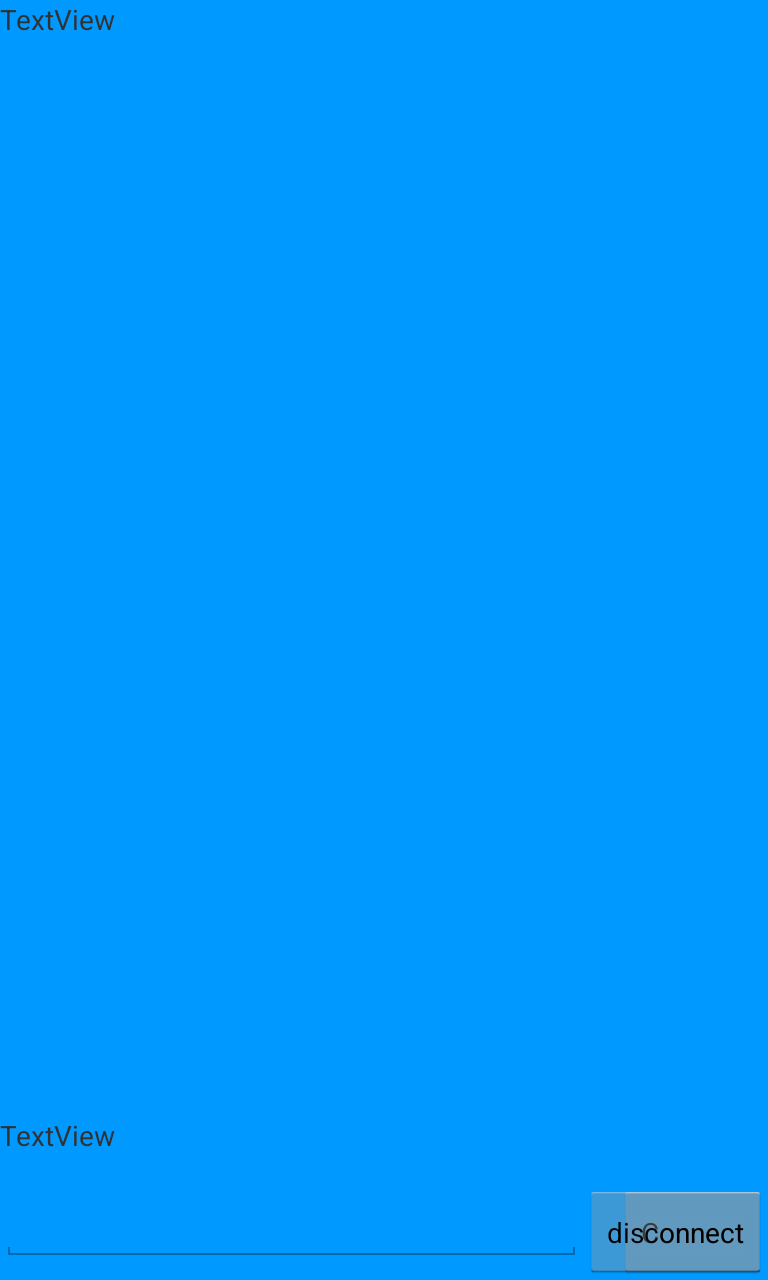
Repository: Clonedpirate/BtSshPwnPI
Layout: HackDroid/res/layout/terminal.xml
These files come from the project's save history. The layout is drawn as it stood at one moment and after the next save; the edit follows.
It is drawn on a 768 x 1280 px phone screen (xhdpi) without system bars, with theme AppTheme; the app's code is not run.

Above is the layout before, as saved 2014-06-19 10:19:46.

After the next save:
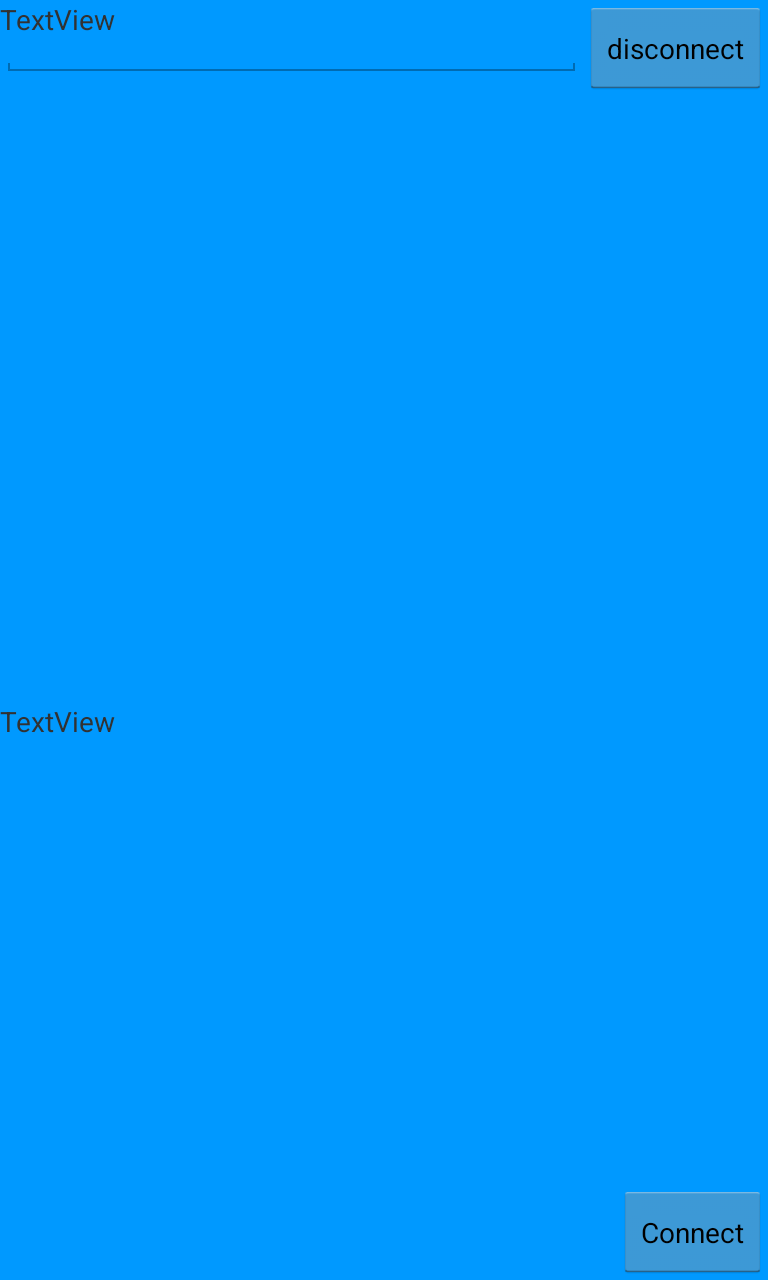
Saved 65 s later.
--- a/HackDroid/res/layout/terminal.xml
+++ b/HackDroid/res/layout/terminal.xml
@@ -21,16 +21,8 @@
         android:layout_alignParentRight="true"
         android:text="Connect" />
 
-        <Button
-        android:id="@+id/button1"
-        style="?android:attr/buttonStyleSmall"
-        android:layout_width="wrap_content"
-        android:layout_height="wrap_content"
-        android:layout_alignParentBottom="true"
-        android:layout_alignParentRight="true"
-        android:text="disconnect" />
-
     <TextView
+        android:background="white"
         android:id="@+id/terminal"
         android:layout_width="match_parent"
         android:layout_height="351dp"
@@ -42,10 +34,17 @@
         android:id="@+id/IPtext"
         android:layout_width="wrap_content"
         android:layout_height="wrap_content"
-        android:layout_above="@+id/editText1"
         android:layout_alignParentLeft="true"
-        android:layout_alignParentRight="true"
-        android:layout_marginBottom="15dp"
+        android:layout_below="@+id/terminal"
         android:text="TextView" />
 
+    <Button
+        android:id="@+id/button1"
+        style="?android:attr/buttonStyleSmall"
+        android:layout_width="wrap_content"
+        android:layout_height="wrap_content"
+        android:layout_above="@+id/button1"
+        android:layout_alignParentRight="true"
+        android:text="disconnect" />
+
 </RelativeLayout>
